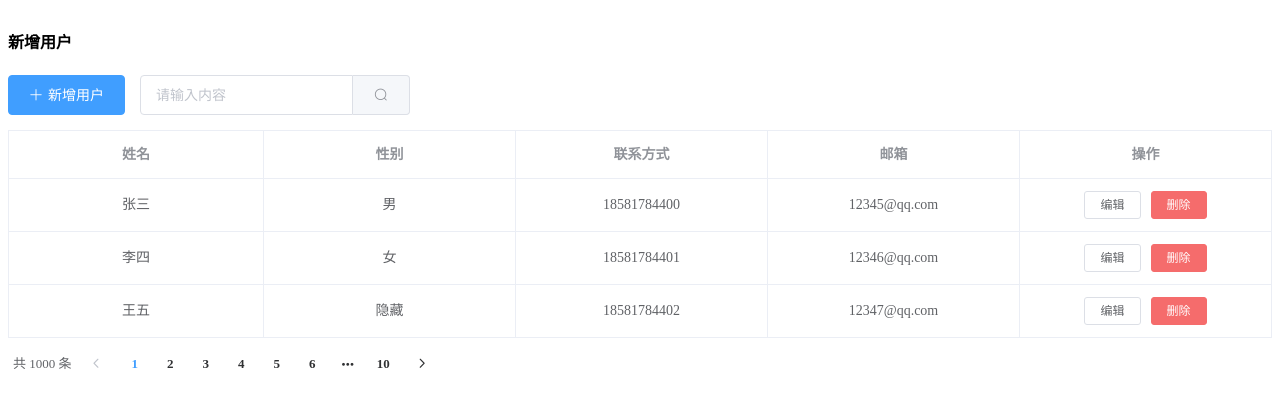
Repository: xinwuhao/New-user
Page: /
An editor plug-in stored every save of this project. The page is shown before and after the next save, followed by the edit.
The browser window is 1280 px wide. The pictures show the whole page.
The project was rebuilt for these pictures with package versions that can differ from the ones it lists, and the page was loaded fresh each time.

Above is the page before, as saved 2021-12-21 17:18:08.

After the next save:
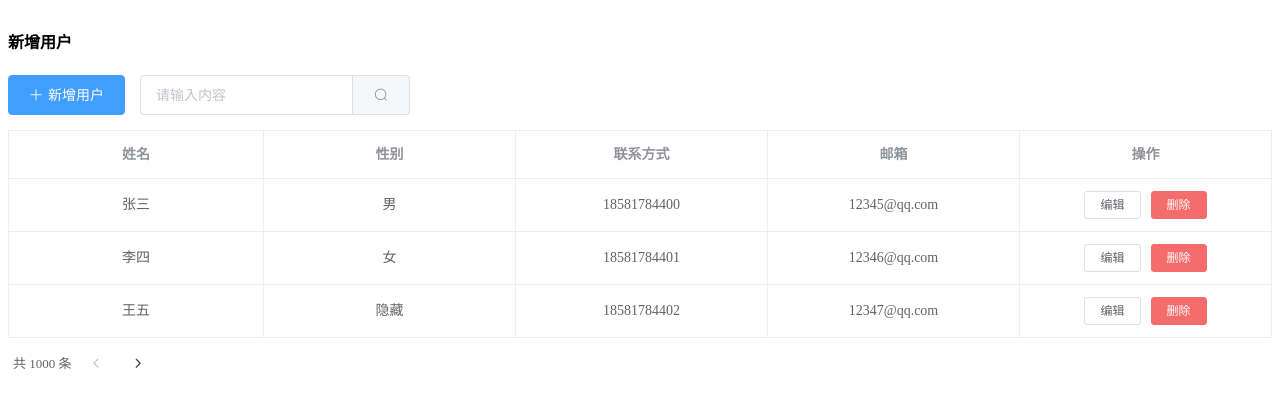
Saved 111 s later.
--- a/src/views/Home.vue
+++ b/src/views/Home.vue
@@ -54,7 +54,7 @@
             @current-change="handleCurrentChange"
             :current-page.sync="currentPage1"
             :page-size="100"
-            layout="total, prev, pager, next"
+            layout="total, prev, next"
             :total="1000"
           >
           </el-pagination>

After the save that followed:
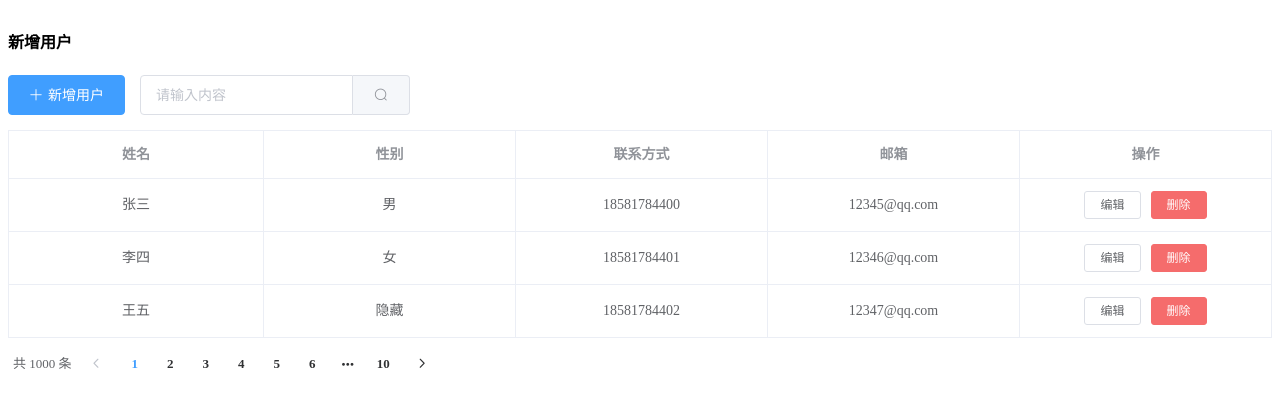
Saved 4 s later.
--- a/src/views/Home.vue
+++ b/src/views/Home.vue
@@ -54,7 +54,7 @@
             @current-change="handleCurrentChange"
             :current-page.sync="currentPage1"
             :page-size="100"
-            layout="total, prev, next"
+            layout="total, prev, pager, next"
             :total="1000"
           >
           </el-pagination>
